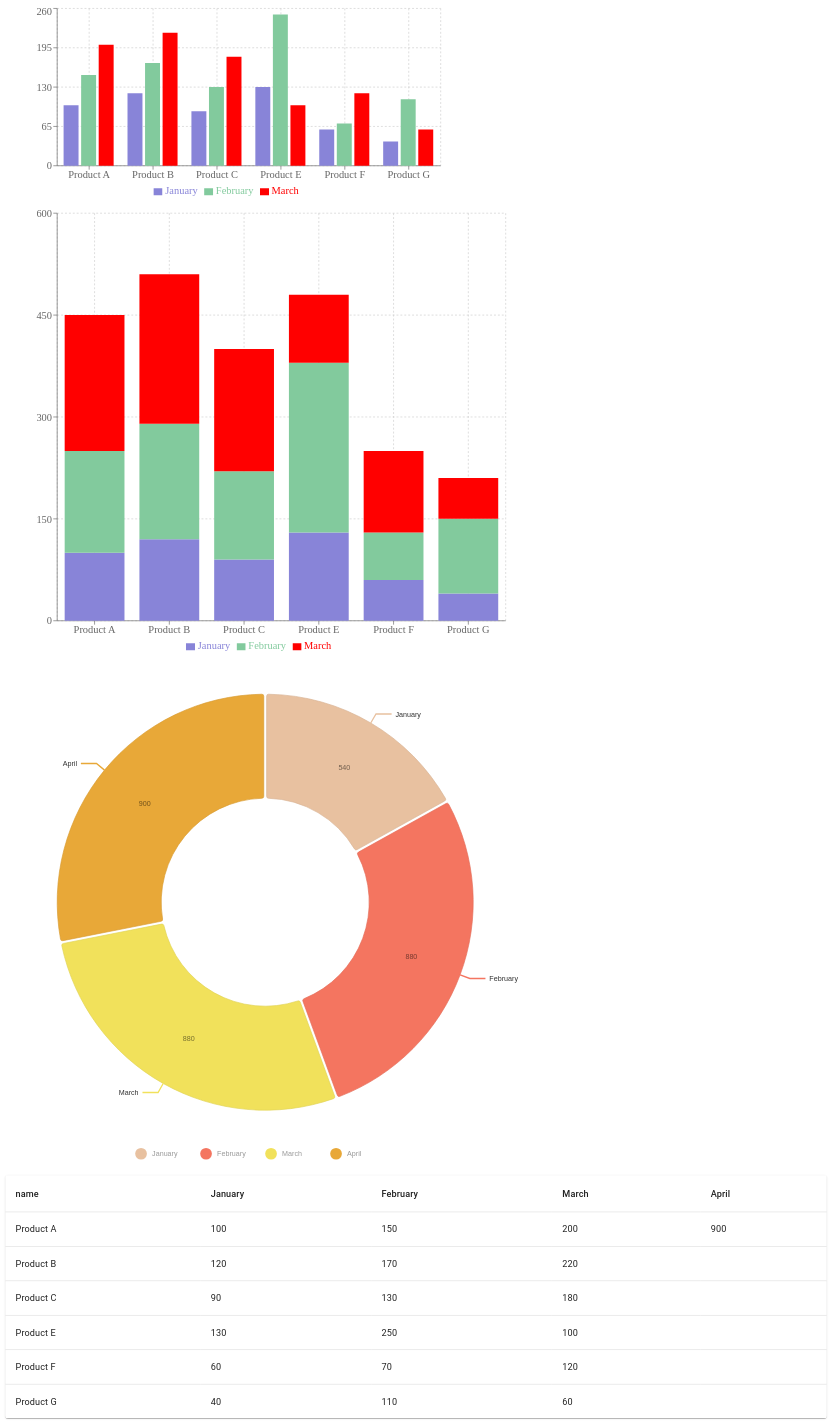
Repository: sagarjain738/test
Page: /
An editor plug-in stored every save of this project. The page is shown before and after the next save, followed by the edit.
The browser window is 1280 px wide. The pictures show the whole page, at 65% of full size.
The project was rebuilt for these pictures with package versions that can differ from the ones it lists, and the page was loaded fresh each time. Also part of the build but not shown: vite.config.js, src/App.css, src/index.css.

Above is the page before, as saved 2024-01-20 23:16:28.

### src/App.jsx
import "./App.css";
import FirstChart from "./components/FirstChart";
import totalData, { getTotalData, getTotal } from "../Data";
import SecondChart from "./components/SecondData";
import TotalPieChart from "./components/PieChart";
import BasicTable from "./components/Table";

function App() {
  const firstRecord = getTotalData(totalData);
  const total = getTotal(totalData);

  return (
    <>
      <FirstChart records={firstRecord} />
      <SecondChart records={firstRecord} />
      <TotalPieChart records={total} />
      <BasicTable />
    </>
  );
}

export default App;

### src/components/FirstChart.jsx
import {
  Bar,
  BarChart,
  CartesianGrid,
  Legend,
  Rectangle,
  Tooltip,
  XAxis,
  YAxis,
} from "recharts";

const FirstChart = ({ records }) => {
  return (
    <BarChart
      width={700}
      height={300}
      data={records}
      margin={{
        top: 5,
        right: 30,
        left: 20,
        bottom: 5,
      }}
    >
      <CartesianGrid strokeDasharray="3 3" />
      <XAxis dataKey="name" />
      <YAxis />
      <Tooltip />
      <Legend />
      <Bar
        dataKey="January"
        fill="#8884d8"
        activeBar={<Rectangle fill="pink" stroke="blue" />}
      />
      <Bar
        dataKey="February"
        fill="#82ca9d"
        activeBar={<Rectangle fill="gold" stroke="purple" />}
      />
      <Bar
        dataKey="March"
        fill="red"
        activeBar={<Rectangle fill="gold" stroke="purple" />}
      />
    </BarChart>
  );
};

export default FirstChart;

### Data.js
let data = {
  salesData: [
    {
      product: "Product A",
      sales: [
        { month: "January", amount: 100 },
        { month: "February", amount: 150 },
        { month: "March", amount: 200 },
        { month: "April", amount: 900 },
      ],
    },
    {
      product: "Product B",
      sales: [
        { month: "January", amount: 120 },
        { month: "February", amount: 170 },
        { month: "March", amount: 220 },
      ],
    },
    {
      product: "Product C",
      sales: [
        { month: "January", amount: 90 },
        { month: "February", amount: 130 },
        { month: "March", amount: 180 },
      ],
    },
    {
      product: "Product E",
      sales: [
        { month: "January", amount: 130 },
        { month: "February", amount: 250 },
        { month: "March", amount: 100 },
      ],
    },
    {
      product: "Product F",
      sales: [
        { month: "January", amount: 60 },
        { month: "February", amount: 70 },
        { month: "March", amount: 120 },
      ],
    },
    {
      product: "Product G",
      sales: [
        { month: "January", amount: 40 },
        { month: "February", amount: 110 },
        { month: "March", amount: 60 },
      ],
    },
  ],
};

export function getTotalData(records) {
  const result = records.salesData.map((item) => {
    return {
      name: item.product,
      data: item.sales.reduce(
        (acc, itm) => ({ ...acc, [`${itm.month}`]: itm.amount }),
        {}
      ),
    };
  });

  const finalData = result.map((item) => {
    return { name: item.name, ...item.data };
  });

  return finalData;
}

export function getTotals(records) {
  const result = records.salesData.map((item) => {
    return {
      id: item.product,
      label: item.product,
      value: item.sales.reduce((acc, itm) => acc + itm.amount, 0),
      color: "hsl(271, 70%, 50%)",
    };
  });
  return result;
}

export function getTotal(data) {
  let sumOfMonths = {};
  data.salesData.forEach((product) => {
    product.sales.forEach((sale) => {
      sumOfMonths[sale.month] = (sumOfMonths[sale.month] || 0) + sale.amount;
    });
  });

  const output = [];

  for (const key in sumOfMonths) {
    output.push({
      id: key,
      label: key,
      value: sumOfMonths[key],
      color: "hsl(37, 70%, 50%)",
    });
  }

  return output;
}

export function getMonths() {
  const months = new Set();
  months.add("name");
  data.salesData.forEach((d) => d.sales.forEach((v) => months.add(v.month)));

  return [...months];
}

export default data;

### src/components/SecondData.jsx
import {
  BarChart,
  Bar,
  Cell,
  XAxis,
  YAxis,
  CartesianGrid,
  Tooltip,
  Legend,
  ResponsiveContainer,
} from "recharts";

const SecondChart = ({ records }) => {
  return (
    <BarChart
      width={800}
      height={700}
      data={records}
      margin={{
        top: 20,
        right: 30,
        left: 20,
        bottom: 5,
      }}
    >
      <CartesianGrid strokeDasharray="3 3" />
      <XAxis dataKey="name" />
      <YAxis />
      <Tooltip />
      <Legend />
      <Bar dataKey="January" stackId="a" fill="#8884d8" />
      <Bar dataKey="February" stackId="a" fill="#82ca9d" />
      <Bar dataKey="March" stackId="a" fill="red" />
    </BarChart>
  );
};

export default SecondChart;

### src/components/PieChart.jsx
import { ResponsivePie } from "@nivo/pie";

const TotalPieChart = ({ records }) => (
  <div
    style={{
      height: "50rem",
      width: "50rem",
    }}
  >
    <ResponsivePie
      data={records}
      margin={{ top: 40, right: 80, bottom: 80, left: 80 }}
      innerRadius={0.5}
      padAngle={0.7}
      cornerRadius={3}
      activeOuterRadiusOffset={8}
      borderWidth={1}
      borderColor={{
        from: "color",
        modifiers: [["darker", 0.2]],
      }}
      arcLinkLabelsSkipAngle={10}
      arcLinkLabelsTextColor="#333333"
      arcLinkLabelsThickness={2}
      arcLinkLabelsColor={{ from: "color" }}
      arcLabelsSkipAngle={10}
      arcLabelsTextColor={{
        from: "color",
        modifiers: [["darker", 2]],
      }}
      defs={[
        {
          id: "dots",
          type: "patternDots",
          background: "inherit",
          color: "rgba(255, 255, 255, 0.3)",
          size: 4,
          padding: 1,
          stagger: true,
        },
        {
          id: "lines",
          type: "patternLines",
          background: "inherit",
          color: "rgba(255, 255, 255, 0.3)",
          rotation: -45,
          lineWidth: 6,
          spacing: 10,
        },
      ]}
      legends={[
        {
          anchor: "bottom",
          direction: "row",
          justify: false,
          translateX: 0,
          translateY: 56,
          itemsSpacing: 0,
          itemWidth: 100,
          itemHeight: 18,
          itemTextColor: "#999",
          itemDirection: "left-to-right",
          itemOpacity: 1,
          symbolSize: 18,
          symbolShape: "circle",
          effects: [
            {
              on: "hover",
              style: {
                itemTextColor: "#000",
              },
            },
          ],
        },
      ]}
    />
  </div>
);

export default TotalPieChart;

### src/components/Table.jsx
import Table from "@mui/material/Table";
import TableBody from "@mui/material/TableBody";
import TableCell from "@mui/material/TableCell";
import TableContainer from "@mui/material/TableContainer";
import TableHead from "@mui/material/TableHead";
import TableRow from "@mui/material/TableRow";
import Paper from "@mui/material/Paper";
import records, { getTotalData, getMonths } from "../../Data";

function createData(name, calories, fat, carbs, protein) {
  return { name, calories, fat, carbs, protein };
}

const rows = [
  createData("Frozen yoghurt", 159, 6.0, 24, 4.0),
  createData("Ice cream sandwich", 237, 9.0, 37, 4.3),
  createData("Eclair", 262, 16.0, 24, 6.0),
  createData("Cupcake", 305, 3.7, 67, 4.3),
  createData("Gingerbread", 356, 16.0, 49, 3.9),
];

export default function BasicTable() {
  const record = getTotalData(records);
  const months = getMonths();
  return (
    <TableContainer component={Paper}>
      <Table sx={{ minWidth: 650 }} aria-label="simple table">
        <TableHead>
          <TableRow>
            {months.map((item) => (
              <TableCell key={item}>{item}</TableCell>
            ))}
          </TableRow>
        </TableHead>
        <TableBody>
          {record.map((row) => (
            <TableRow
              key={row.name}
              sx={{ "&:last-child td, &:last-child th": { border: 0 } }}
            >
              {months.map((item) => (
                <TableCell key={item} component="th" scope="row">
                  {row[item]}
                </TableCell>
              ))}
            </TableRow>
          ))}
        </TableBody>
      </Table>
    </TableContainer>
  );
}

Loaded but not shown: index.html (common file); src/main.jsx (common file)

After the next save:
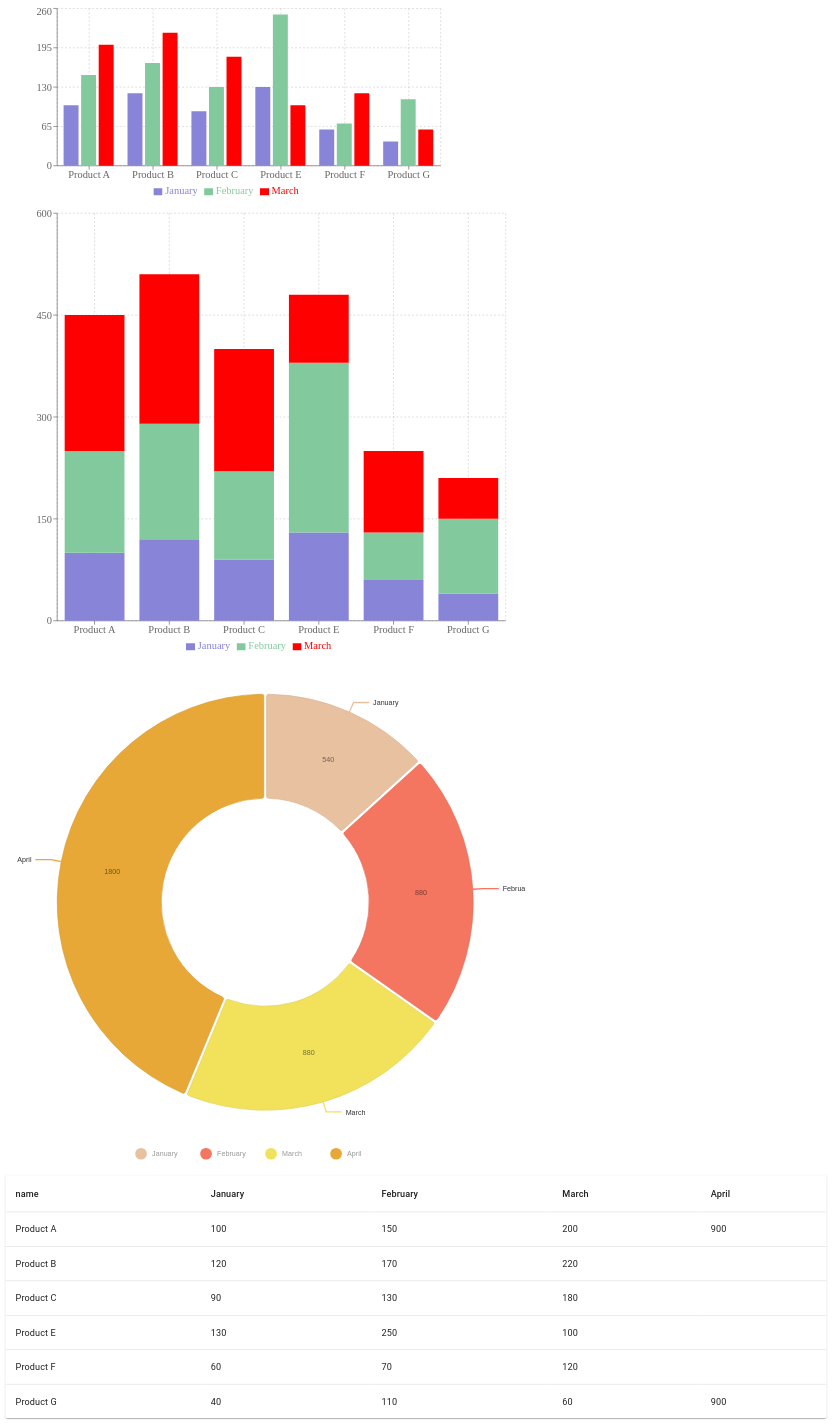
Saved 27 s later.
--- a/Data.js
+++ b/Data.js
@@ -47,6 +47,7 @@ let data = {
         { month: "January", amount: 40 },
         { month: "February", amount: 110 },
         { month: "March", amount: 60 },
+        { month: "April", amount: 900 },
       ],
     },
   ],
